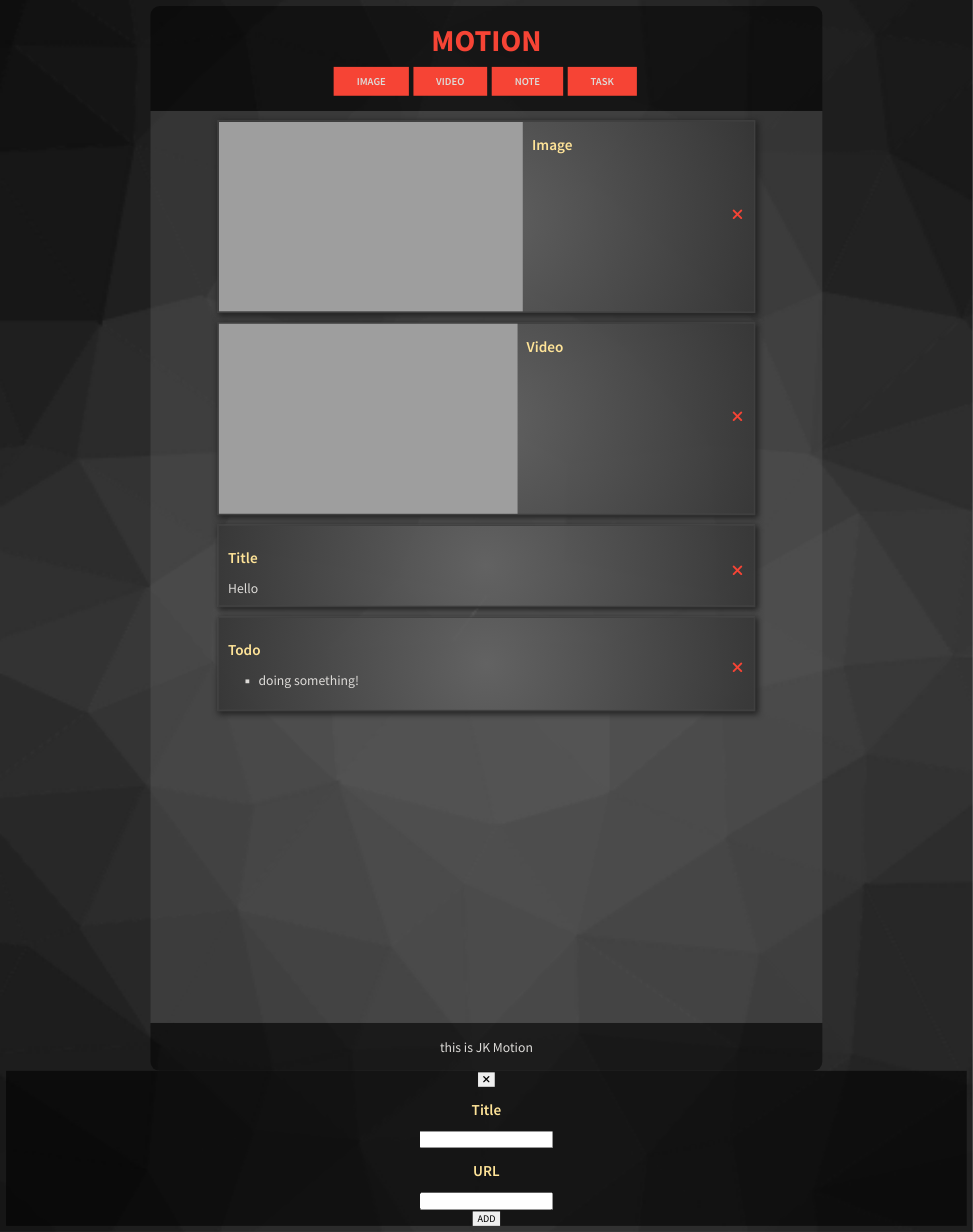
Repository: keehoonjung/Motion-project
Page: index.html
The author's editor kept a copy of each file at every save. The page is drawn from the files as they stood at one save, then again after the next save.
The browser window is 1280 px wide. The pictures show the whole page, at 76% of full size.
Pictures or frames that could not be fetched are drawn as grey boxes. Some web libraries are served in a nearby version.

Above is the page before, as saved 2021-08-23 16:42:03.

### index.html
<!DOCTYPE html>
<html lang="en">
  <head>
    <meta charset="UTF-8" />
    <meta http-equiv="X-UA-Compatible" content="IE=edge" />
    <meta name="viewport" content="width=device-width, initial-scale=1.0" />
    <script src="main.js" defer></script>
    <link rel="stylesheet" href="style.css" />
    <script
      src="https://kit.fontawesome.com/a7a8d59961.js"
      crossorigin="anonymous"
    ></script>
    <link rel="preconnect" href="https://fonts.googleapis.com" />
    <link rel="preconnect" href="https://fonts.gstatic.com" crossorigin />
    <link
      href="https://fonts.googleapis.com/css2?family=Source+Sans+Pro:wght@400;600;700&display=swap"
      rel="stylesheet"
    />
    <title>MOTION</title>
  </head>
  <body>
    <section class="container">
      <header class="head">
        <h1 class="logo">MOTION</h1>
        <nav class="head__menu">
          <button class="menu__btn">IMAGE</button>
          <button class="menu__btn">VIDEO</button>
          <button class="menu__btn">NOTE</button>
          <button class="menu__btn">TASK</button>
        </nav>
      </header>
      <section class="mainlist">
        <div class="mainlist__item">
          <img src="https://picsum.photos/400/250" alt="random__img" />
          <h2 class="mainlist__title">Image</h2>
          <button class="mainlist__deletebtn">
            <i class="fas fa-times"></i>
          </button>
        </div>
        <div class="mainlist__item">
          <iframe
            width="400"
            height="250"
            src="https://www.youtube.com/embed/tvFjaz8dYn0"
            title="YouTube video player"
            frameborder="0"
            allow="accelerometer; autoplay; clipboard-write; encrypted-media; gyroscope; picture-in-picture"
            allowfullscreen
          ></iframe>
          <h2 class="mainlist__title">Video</h2>
          <button class="mainlist__deletebtn">
            <i class="fas fa-times"></i>
          </button>
        </div>
        <div class="mainlist__text">
          <h2 class="mainlist__text__title">Title</h2>
          <span> Hello </span>
          <button class="mainlist__deletebtn">
            <i class="fas fa-times"></i>
          </button>
        </div>
        <div class="mainlist__text">
          <h2 class="mainlist__text__title">Todo</h2>
          <ul class="todo__items">
            <li class="todo__item">
              <span>doing something!</span>
            </li>
          </ul>
          <button class="mainlist__deletebtn">
            <i class="fas fa-times"></i>
          </button>
        </div>

          </div>
      </section>
      <footer class="footer">
        <span>this is JK Motion<span>
      </footer>
    </section>
    <section class="popup">
      <button class="popup__exitbtn">
        <i class="fas fa-times"> </i>
      </button>
      <div class="pupup__title">
        <h2>Title</h2>
        <input type="text" class="popup__title__input" />
      </div>
      <div class="popup__url">
        <h2>URL</h2>
        <input type="text" class="popup__url__input" />
      </div>
      <button class="popup__addbtn">ADD</button>
    </section>
  </body>
</html>

### build/main.js
"use strict";
const mainMenu = document.querySelector(".head__menu");
const popup = document.querySelector(".popup");
const darkcontainer = document.querySelector(".darkcontainer");
const body = document.querySelector("body");
const mainlist = document.querySelector(".mainlist");
const urlInput = document.querySelector(".popup__item__input");
const titleInput = document.querySelector(".popup__title__input");
mainMenu === null || mainMenu === void 0 ? void 0 : mainMenu.addEventListener("click", (event) => {
    const target = event.target;
    const name = target.dataset.name;
    popup === null || popup === void 0 ? void 0 : popup.classList.add("visible");
    darkcontainer === null || darkcontainer === void 0 ? void 0 : darkcontainer.classList.add("visible");
    popup === null || popup === void 0 ? void 0 : popup.setAttribute("data-name", name);
});
popup === null || popup === void 0 ? void 0 : popup.addEventListener("click", (event) => {
    const target = event.target;
    const name = popup.dataset.name;
    if ((target === null || target === void 0 ? void 0 : target.classList.value) == "fas fa-times") {
        exitPopup();
    }
    else if ((target === null || target === void 0 ? void 0 : target.classList.value) === "popup__addbtn") {
        switch (name) {
            case "image":
                createImageItem(titleInput === null || titleInput === void 0 ? void 0 : titleInput.value, urlInput === null || urlInput === void 0 ? void 0 : urlInput.value);
                break;
            case "video":
                createVideoItem(titleInput === null || titleInput === void 0 ? void 0 : titleInput.value, urlInput === null || urlInput === void 0 ? void 0 : urlInput.value);
                break;
            case "note":
                createNoteItem(titleInput === null || titleInput === void 0 ? void 0 : titleInput.value, urlInput === null || urlInput === void 0 ? void 0 : urlInput.value);
                break;
            case "todo":
                createTodoItem(titleInput === null || titleInput === void 0 ? void 0 : titleInput.value, urlInput === null || urlInput === void 0 ? void 0 : urlInput.value);
                break;
        }
        titleInput.value = "";
        urlInput.value = "";
        exitPopup();
    }
});
mainlist === null || mainlist === void 0 ? void 0 : mainlist.addEventListener("click", (event) => {
    const target = event.target;
    deleteItem(target);
});
function createImageItem(title, url) {
    const item = document.createElement("div");
    item.setAttribute("class", "mainlist__item");
    item.innerHTML = `
  <img src=${url} alt="random__img" />
  <h2 class="mainlist__title">${title}</h2>
  <button class="mainlist__deletebtn">
    <i class="fas fa-times"></i>
  </button>
  `;
    mainlist === null || mainlist === void 0 ? void 0 : mainlist.appendChild(item);
}
function createVideoItem(title, url) {
    const item = document.createElement("div");
    item.setAttribute("class", "mainlist__item");
    item.innerHTML = `
  <iframe
  width="400"
  height="250"
  src=${url}
  title="YouTube video player"
  frameborder="0"
  allow="accelerometer; autoplay; clipboard-write; encrypted-media; gyroscope; picture-in-picture"
  allowfullscreen
></iframe>
<h2 class="mainlist__title">${title}</h2>
<button class="mainlist__deletebtn">
  <i class="fas fa-times"></i>
</button>
    `;
    mainlist === null || mainlist === void 0 ? void 0 : mainlist.appendChild(item);
}
function createNoteItem(title, text) {
    const item = document.createElement("div");
    item.setAttribute("class", "mainlist__text");
    item.innerHTML = `
  <h2 class="mainlist__text__title">${title}</h2>
  <span> ${text} </span>
  <button class="mainlist__deletebtn">
    <i class="fas fa-times"></i>
  </button>
    `;
    mainlist === null || mainlist === void 0 ? void 0 : mainlist.appendChild(item);
}
function createTodoItem(title, text) {
    const item = document.createElement("div");
    item.setAttribute("class", "mainlist__text");
    item.innerHTML = `
    <h2 class="mainlist__text__title">${title}</h2>
    <ul class="todo__items">
      <li class="todo__item">
        <span>${text}</span>
      </li>
    </ul>
    <button class="mainlist__deletebtn">
      <i class="fas fa-times"></i>
    </button>
      `;
    mainlist === null || mainlist === void 0 ? void 0 : mainlist.appendChild(item);
}
function exitPopup() {
    darkcontainer === null || darkcontainer === void 0 ? void 0 : darkcontainer.classList.remove("visible");
    popup === null || popup === void 0 ? void 0 : popup.classList.remove("visible");
    popup === null || popup === void 0 ? void 0 : popup.removeAttribute("data-name");
}
function deleteItem(target) {
    if ((target === null || target === void 0 ? void 0 : target.classList.value) == "fas fa-times") {
        target.parentNode.parentNode.remove();
    }
}

### style.css
:root {
  --bg-main-color: #00000080;
  --bg-accent-color: #2d2d2d;
  --accent-color: #f64435;
  --text-accent-color: #ffe498;
  --text-edit-bg-color: #575757;
  --border-color: #3f3f3f;
  --shadow-color: #202020;
  --document-bg-color: #68686850;
  --component-bg-gradient: radial-gradient(
    circle,
    #646464e6 0%,
    #363636e6 100%
  );
  --smokywhite: #dddbd8;
  --black: #000000;
  --translucent-black: #00000099;

  /* size */
  --title-size: 40px;
  --menu-size: 14px;
  --semi-bold: 600;
  --delete-btn: 20px;
  --margin-item: 12px;
  --item-title: 20px;
  --item-padding: 12px;
  --border-radius: 12px;
}

* {
  font-family: "Source Sans Pro", sans-serif;
  box-sizing: border-box;
}

body {
  background: center/cover no-repeat url("./img/background.png");
  text-align: center;
}

h1 {
  font-size: var(--title-size);
}

h2 {
  font-size: var(--item-title);
  font-weight: var(--semi-bold);
  color: var(--text-accent-color);
}

span {
  color: var(--smokywhite);
  font-size: 18px;
}

ul {
  list-style: none;
}

button {
  border: none;
  outline: none;
}

.container {
  width: 70%;
  margin: auto;
  border-radius: var(--border-radius);
}

.head {
  background-color: var(--bg-main-color);
  padding: 20px 0;
  border-top-left-radius: var(--border-radius);
  border-top-right-radius: var(--border-radius);
}

.logo {
  margin: 0;
  color: var(--accent-color);
}

.head__menu {
  margin-top: 10px;
}

.menu__btn {
  background-color: var(--accent-color);
  color: var(--smokywhite);
  padding: 10px 30px;
  font-size: var(--menu-size);
  font-weight: var(--semi-bold);
  margin-right: 3px;
}

.mainlist {
  background-color: var(--document-bg-color);
  overflow-y: scroll;
  height: 1200px;
}

.mainlist__item {
  position: relative;
  border: 2px solid var(--border-color);
  background-color: var(--text-edit-bg-color);
  background: var(--component-bg-gradient);
  width: 80%;
  margin: auto;
  display: flex;
  margin-top: var(--margin-item);
  box-shadow: 3px 3px 8px 2px var(--shadow-color);
}

.mainlist__title {
  width: 45%;
  text-align: left;
  padding-left: var(--margin-item);
}

.mainlist__deletebtn {
  background: none;
  position: absolute;
  right: 8px;
  top: 43%;
  color: var(--accent-color);
  font-size: var(--delete-btn);
}

.mainlist__text {
  position: relative;
  border: 2px solid var(--border-color);
  background-color: var(--text-edit-bg-color);
  background: var(--component-bg-gradient);
  width: 80%;
  margin: auto;
  margin-top: var(--margin-item);
  text-align: left;
  padding: var(--margin-item);
  box-shadow: 3px 3px 8px 2px var(--shadow-color);
}

.todo__item {
  list-style: square;
  color: var(--smokywhite);
}

.footer {
  background-color: var(--bg-main-color);
  padding: 20px 0;
  border-bottom-right-radius: var(--border-radius);
  border-bottom-left-radius: var(--border-radius);
}

.popup {
  background: var(--translucent-black);
}

After the next save:
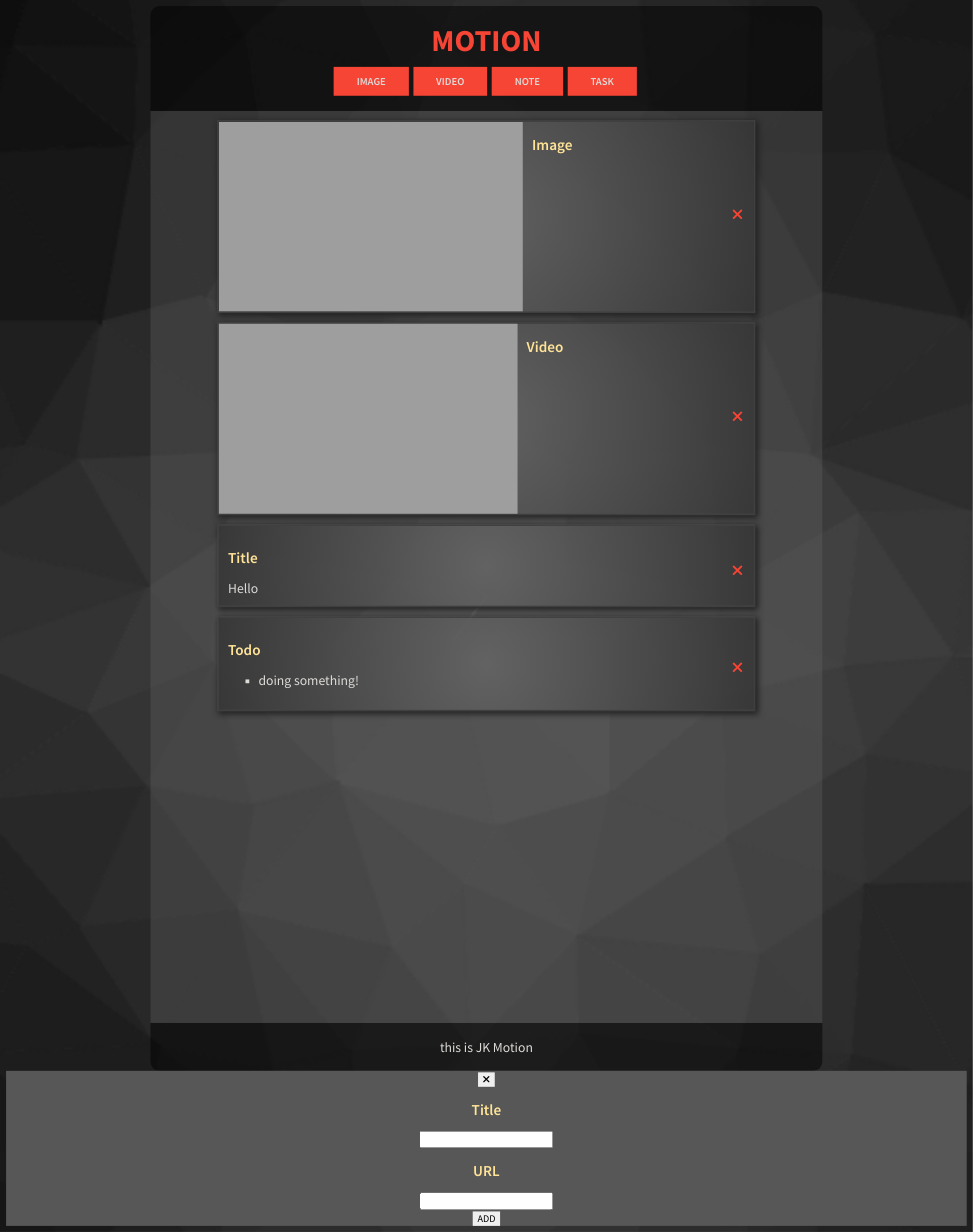
Saved 72 s later.
--- a/style.css
+++ b/style.css
@@ -151,5 +151,5 @@ button {
 }
 
 .popup {
-  background: var(--translucent-black);
+  background: var(--text-edit-bg-color);
 }
